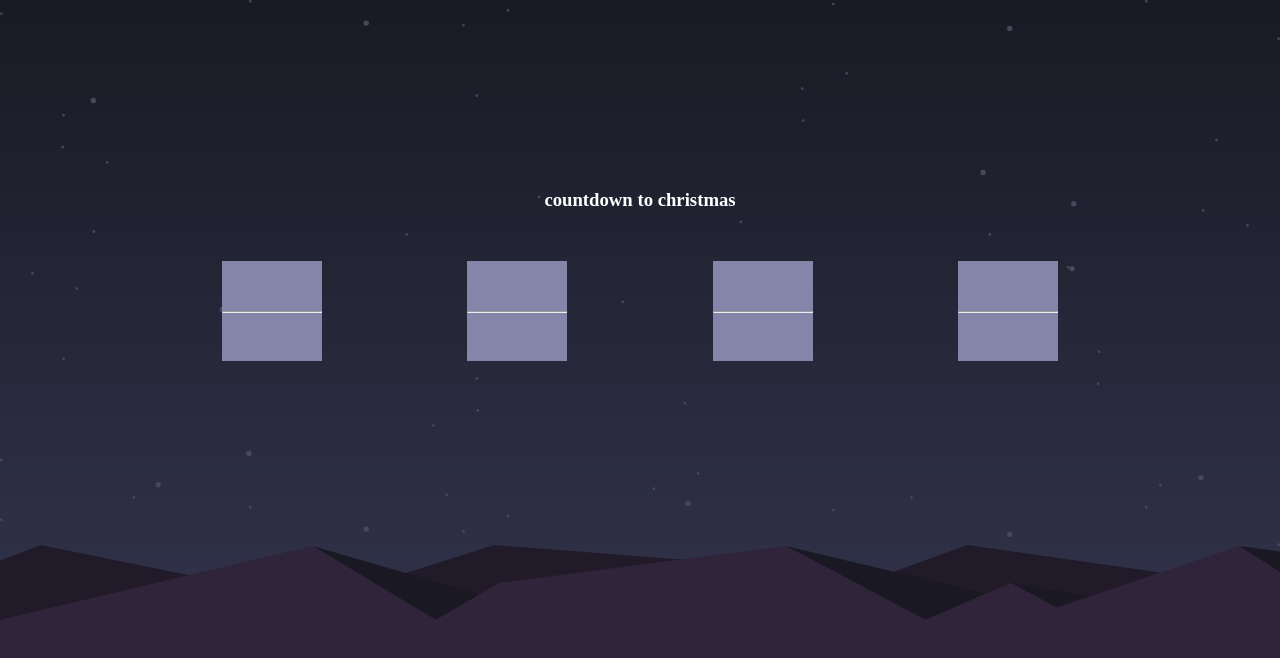
Repository: Eugene44-hub/countdown
Page: index.html
These files come from the project's save history. The page is drawn as it stood at one moment and after the next save; the edit follows.
The browser window is 1280 px wide. The pictures show the whole page.

Above is the page before, as saved 2021-09-12 03:08:33.

### index.html
<!DOCTYPE html>
<html lang="en">

<head>
    <meta charset="UTF-8">
    <meta http-equiv="X-UA-Compatible" content="IE=edge">
    <meta name="viewport" content="width=device-width, initial-scale=1.0">
    <title>Document</title>
    <link rel="stylesheet" href="style.css">
</head>

<body>
    <div class="container">


        <div class="timer ">
            <h3 class="col10">countdown to christmas</h3>
            <div class="card">
                <hr> </div>
            <div class="card">
                <hr>
            </div>
            <div class="card">
                <hr>
            </div>
            <div class="card">
                <hr>
            </div>

        </div>

    </div>
    <script src="app.js"></script>

</body>

</html>

</html>

### style.css
* {
    padding: 0;
    margin: 0;
    box-sizing: border-box;
}

body {
    /* background-color: hsl(235, 16%, 14%); */
    /* background-color: hsl(234, 17%, 12%); */
    background-image: url('images/pattern-hills.svg'), url('images/bg-stars.svg'), linear-gradient( hsl(235, 18%, 12%), hsl(236, 21%, 26%));
    background-position: bottom, top;
    background-repeat: no-repeat, repeat;
    background-size: contain;
    background-attachment: fixed;
}

.container {
    display: flex;
    width: 100%;
    height: 500px;
    flex-wrap: wrap;
    text-align: center;
}

.col10 {
    flex: 100%;
    margin: auto;
}

h3 {
    color: white;
    padding: 50px;
}

.timer {
    margin: auto;
    display: flex;
    flex-wrap: wrap;
    justify-content: space-between;
    padding: 30px;
    width: 70%;
}

.card {
    background-color: hsl(237, 18%, 59%);
    padding: 20px;
    width: 100px;
    height: 100px;
    position: relative;
    overflow: hidden;
    box-shadow: 0;
}

hr {
    position: absolute;
    width: 100%;
    top: 50%;
    left: 0%;
}


/* timer color  hsl(345, 95%, 68%)
timer card color hsl(237, 18%, 59%)
* /

### app.js
const proposed = new Date('2021-12-25');
const current = new Date();

const proArr = [proposed.getHours(), proposed.getMinutes(), proposed.getSeconds(), proposed.getDay(), proposed.getMonth()]
console.log('proposed days:' + (((proArr.at(-1) * 31) - 7) + proposed.getDate()));
console.log('current days:' + (((current.getMonth() * 31) - 5) + current.getDate()));

console.log((((proArr.at(-1) * 31) - 7) + proposed.getDate()) - (((current.getMonth() * 31) - 5) + current.getDate()) + 'days to christmas');

console.log('hours:' + (24 - current.getHours()));
console.log('minutes:' + (60 - current.getMinutes()));
console.log('hours:' + (60 - current.getSeconds()));

// let cal = proposed. - current;
// console.log(proposed);
// console.log(current.getDate());
// console.log(proArr.at(-1) + 1);
// let another = new Date(cal);
// console.log(another)
//359-253 propsed day - current day(mth*31-7) for september minus 6

After the next save:
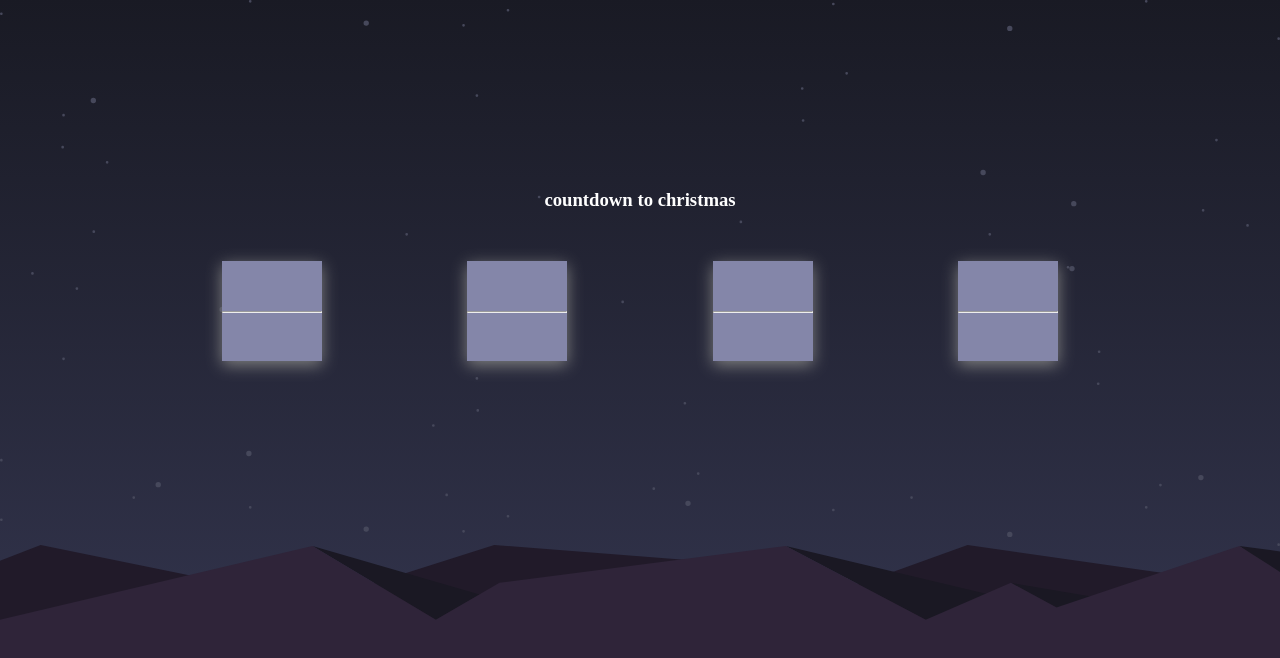
Saved 16 s later.
--- a/style.css
+++ b/style.css
@@ -48,7 +48,7 @@ h3 {
     height: 100px;
     position: relative;
     overflow: hidden;
-    box-shadow: 0;
+    box-shadow: 0 4px 15px grey;
 }
 
 hr {
